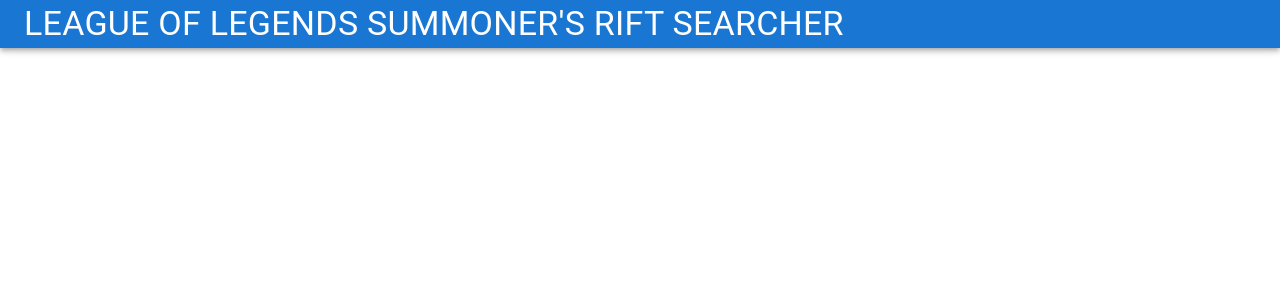
Repository: Mikerr21/League-Of-Legends-API
Page: /
An editor plug-in stored every save of this project. The page is shown before and after the next save, followed by the edit.
The browser window is 1280 px wide. The pictures show the whole page.
The project was rebuilt for these pictures with package versions that can differ from the ones it lists, and the page was loaded fresh each time.

Above is the page before, as saved 2022-09-23 18:39:50.

After the next save:
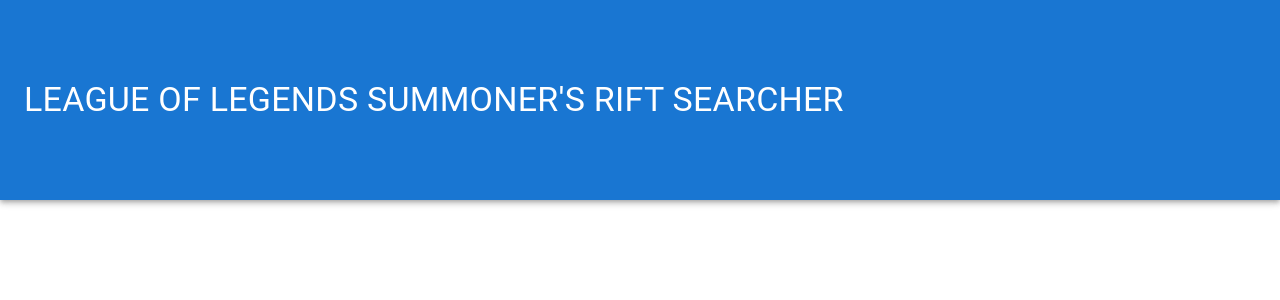
Saved 99 s later.
--- a/src/App.js
+++ b/src/App.js
@@ -8,12 +8,18 @@
 import './App.css';
 import { Typography } from "@mui/material";
 function App() {
+
+
+
+
+
+
   return (
     <div className="App">
       <CssBaseline />
 
 <AppBar position="static" >
-  <Toolbar variant="dense" m={100}>
+  <Toolbar variant="dense" style={{height:'200px'}}>
 
     <Typography variant="h4" component="h2">
   LEAGUE OF LEGENDS SUMMONER'S RIFT SEARCHER

After the save that followed:
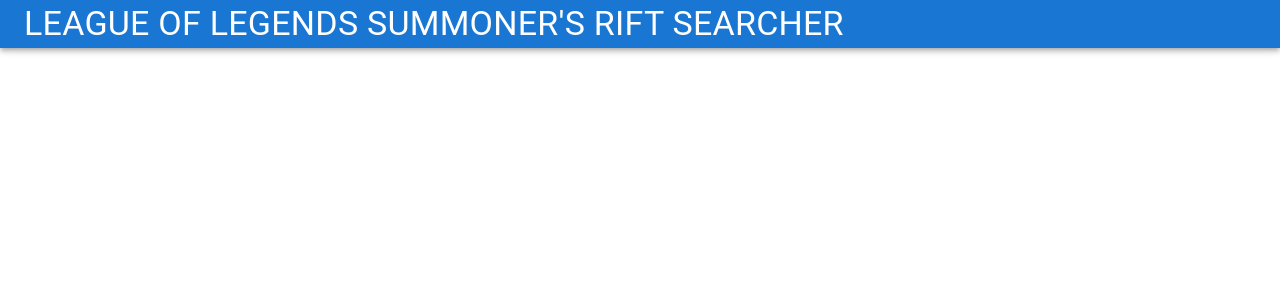
Saved 7 s later.
--- a/src/App.js
+++ b/src/App.js
@@ -19,7 +19,7 @@
       <CssBaseline />
 
 <AppBar position="static" >
-  <Toolbar variant="dense" style={{height:'200px'}}>
+  <Toolbar variant="dense" style={{height:'1vh'}}>
 
     <Typography variant="h4" component="h2">
   LEAGUE OF LEGENDS SUMMONER'S RIFT SEARCHER
